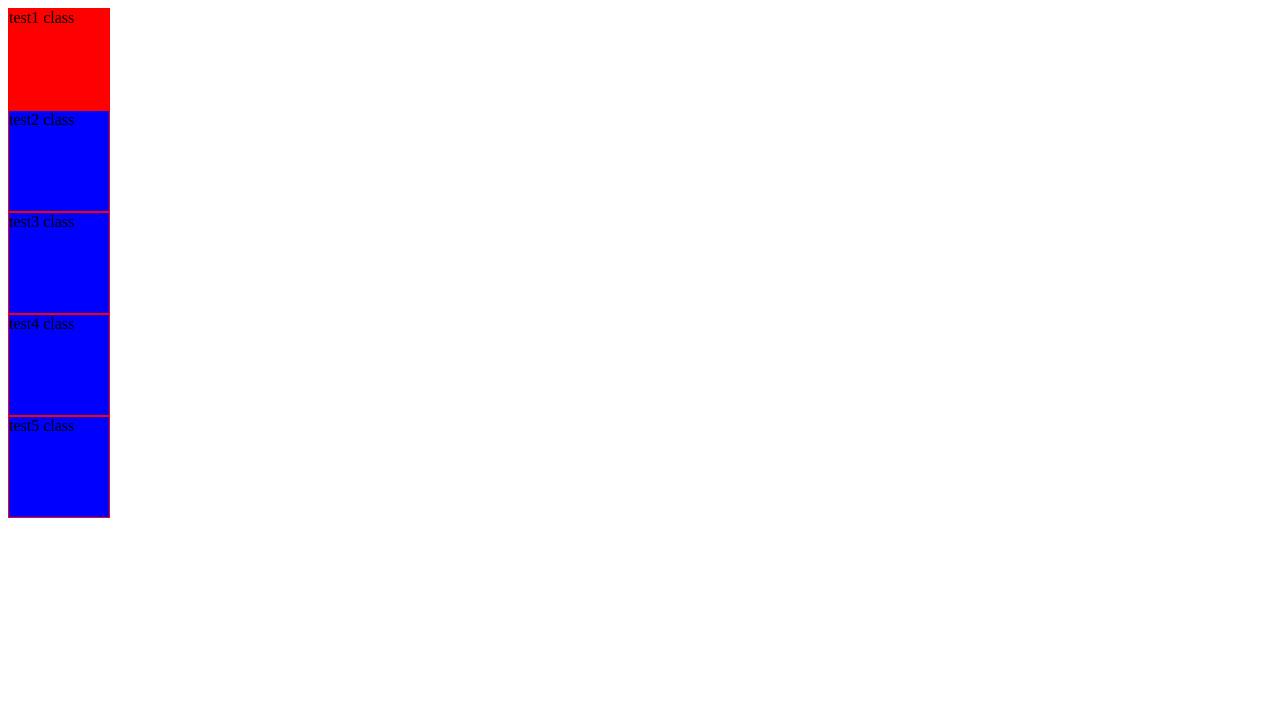
Repository: yuj1818/Hustar_JavaScript
Page: edu/edu/view/test.html
These files come from the project's save history. The page is drawn as it stood at one moment and after the next save; the edit follows.
The browser window is 1280 px wide. The pictures show the whole page.

Above is the page before, as saved 2022-05-30 07:42:04.

### edu/edu/view/test.html
<!DOCTYPE html>
<html>
	<head>
		<meta charset="EUC-KR">
		<title>HTML 및 Javascipt 교육</title>
		<style>
			.test_class{
				border: 1px solid red; background-color:blue; width: 100px; height: 100px;
			}
		</style>
	</head>
	<body>
		<div style="border: 1px solid red; background-color:red; width: 100px; height: 100px;">
			test1 class
		</div>

		<div class="test_class">
			test2 class
		</div>

		<div class="test_class">
			test3 class
		</div>

		<div class="test_class">
			test4 class
		</div>

		<div class="test_class">
			test5 class
		</div>
	</body>
	<script>

	</script>
</html>

After the next save:
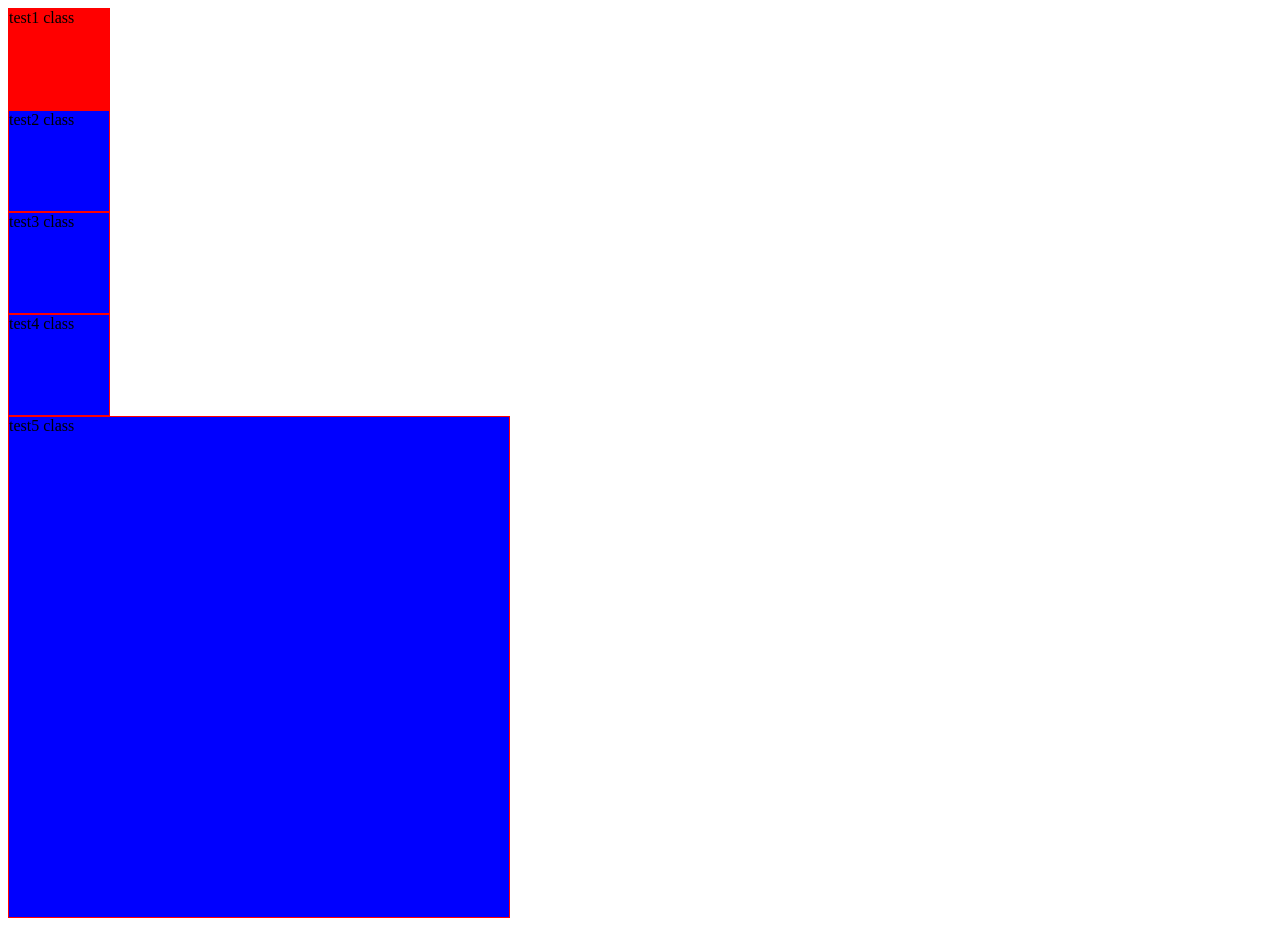
Saved 84 s later.
--- a/edu/edu/view/test.html
+++ b/edu/edu/view/test.html
@@ -6,6 +6,9 @@
 		<style>
 			.test_class{
 				border: 1px solid red; background-color:blue; width: 100px; height: 100px;
+			}
+			#test_id{
+				width: 500px; height: 500px;
 			}
 		</style>
 	</head>
@@ -26,7 +29,7 @@
 			test4 class
 		</div>
 
-		<div class="test_class">
+		<div class="test_class" id="test_id">
 			test5 class
 		</div>
 	</body>
